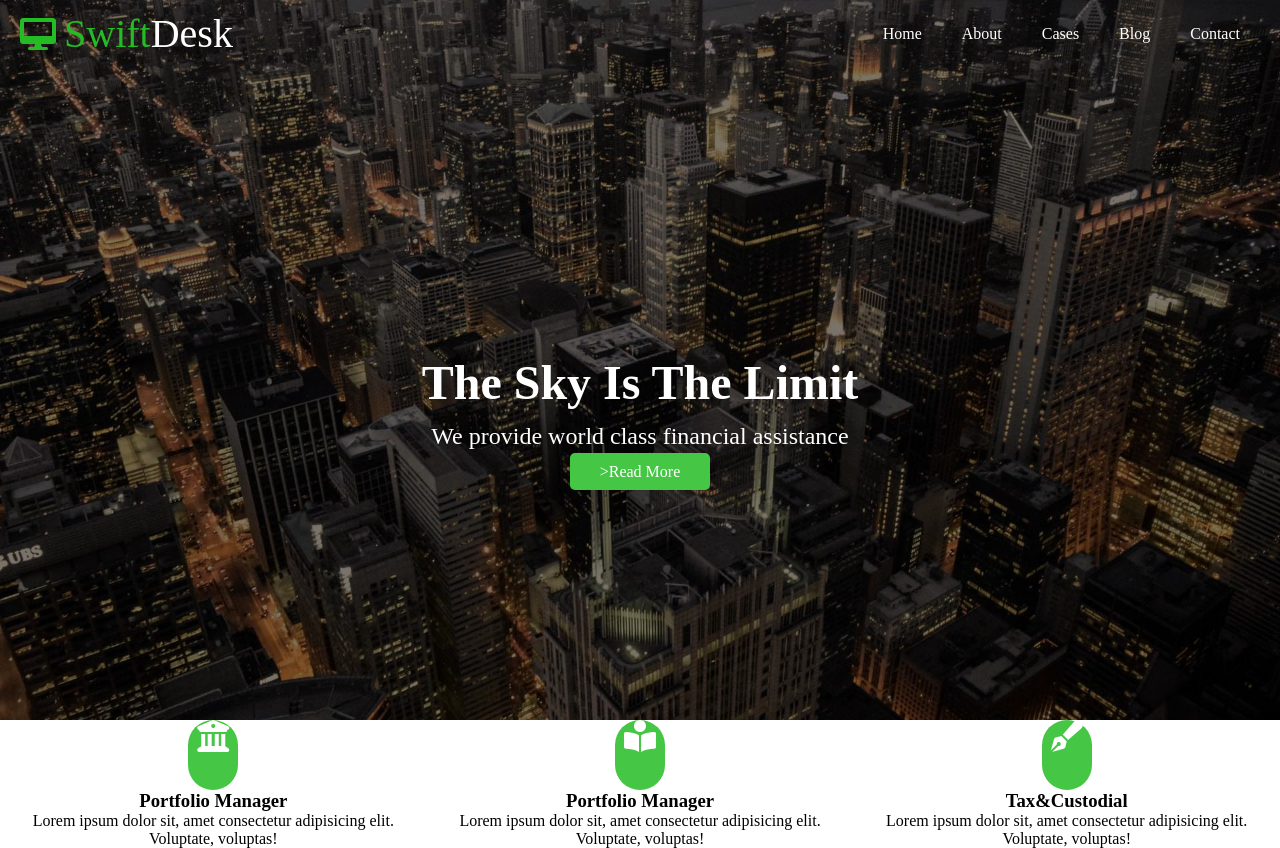
Repository: reemoon-ctrl/swiftdisk-Website-Flexbox
Page: index.html
An editor plug-in stored every save of this project. The page is shown before and after a run of saves, followed by the edit.
The browser window is 1280 px wide. The pictures show the whole page.

Above is the page before, as saved 2024-07-26 22:13:22.

### index.html
<!DOCTYPE html>
<html lang="en">
<head>
    <meta charset="UTF-8">
    <meta name="viewport" content="width=device-width, initial-scale=1.0">
    <title>
        Swift Desk
    </title>
    <link rel="stylesheet" href="https://cdnjs.cloudflare.com/ajax/libs/font-awesome/6.0.0-beta3/css/all.min.css">

    <link rel="stylesheet" href="index.css">
</head>
<body>
    <div class="show-case">
        <header>
            <div class="nav-bar">
                <div class="title-bar">
                    <i class="fas fa-desktop fa-2x" style="color: rgb(37, 187, 37)"></i>
                    <h1 class="title"><span class="fword"> Swift</span>Desk</h1>
                </div>
                <div class="link-bar">
                    <a href="">Home</a>
                    <a href="">About</a>
                    <a href="">Cases</a>
                    <a href="">Blog</a>
                    <a href="">Contact</a>
                </div>
            </div>
        </header>
        <header class="hd-content">
            <h1>The Sky Is The Limit</h1>
            <p>We provide world class financial assistance
            </p>
            <a href="">>Read More</a>

        </header>

    </div>
    <main>
        <div class="about-section">
            <ul class="about-srvice" >
                <li><i class="fas fa-university fa-2x" ></i>
                    <h3>Portfolio Manager</h3>
                    <p>Lorem ipsum dolor sit, amet consectetur adipisicing elit. Voluptate, voluptas!</p>
                </li>
                <li><i class="fas fa-book-open-reader fa-2x" ></i>
                    <h3>Portfolio Manager</h3>
                    <p>Lorem ipsum dolor sit, amet consectetur adipisicing elit. Voluptate, voluptas!</p></li>
                <li><i class="fas fa-pen-fancy fa-2x" ></i>
                    <h3>Tax&Custodial</h3>
                    <p>Lorem ipsum dolor sit, amet consectetur adipisicing elit. Voluptate, voluptas!</p></li>
            </ul>
        </div>

    </main>


</body>
</html>

### index.css
*{
    box-sizing: border-box;
    margin: 0;
    padding: 0;
}
body{

}
.nav-bar{
    display: flex;
    justify-content:space-between ;
    padding: 10px 20px;
    color:#fff;




}
.title-bar{
    align-items: center;
    flex-grow: 1;
    display: flex;
    gap:.5rem;


}
.title-bar h1{
    display:inline-block;
    font-size:2.5rem;
    font-weight: 400;
}

.link-bar{

    /* flex-grow:1 ; */
    align-self: center;
    display: flex;
}
.link-bar a{
    padding: 10px 20px;
    color:#fff;
    text-decoration: none;


}
.link-bar a:hover{
    border-bottom: 1px #25bb25 solid;
}
.fword{
    color:#25bb25;
}
.show-case{
   height:100vh;
   text-align: center;
   color:#fff;

   background:  url('img/home/showcase.jpg') no-repeat center center/cover ;
}
.hd-content{
    padding-top: 18rem;
}
.hd-content h1{
    font-size: 3rem;
}
.hd-content p{
    font-size: 1.5rem;
    padding-top: .8rem;
    padding-bottom: .8rem;
}
.hd-content a{
    color: #fff;
    background:rgb(69, 199, 69) ;
    padding: 10px 30px;
    border-radius: 5px;
    text-decoration: none;
    text-align: center;
}
.about-section ul{
    display: flex;
    list-style: none;

}
.about-srvice li{
    text-align: center;
}
.about-srvice li i{
    background-color: rgb(69, 199, 69);
    color:#fff;
    width:50px;
    height: 70px;
    border-radius: 50px;
    text-align: center;

}

After the next 2 saves:
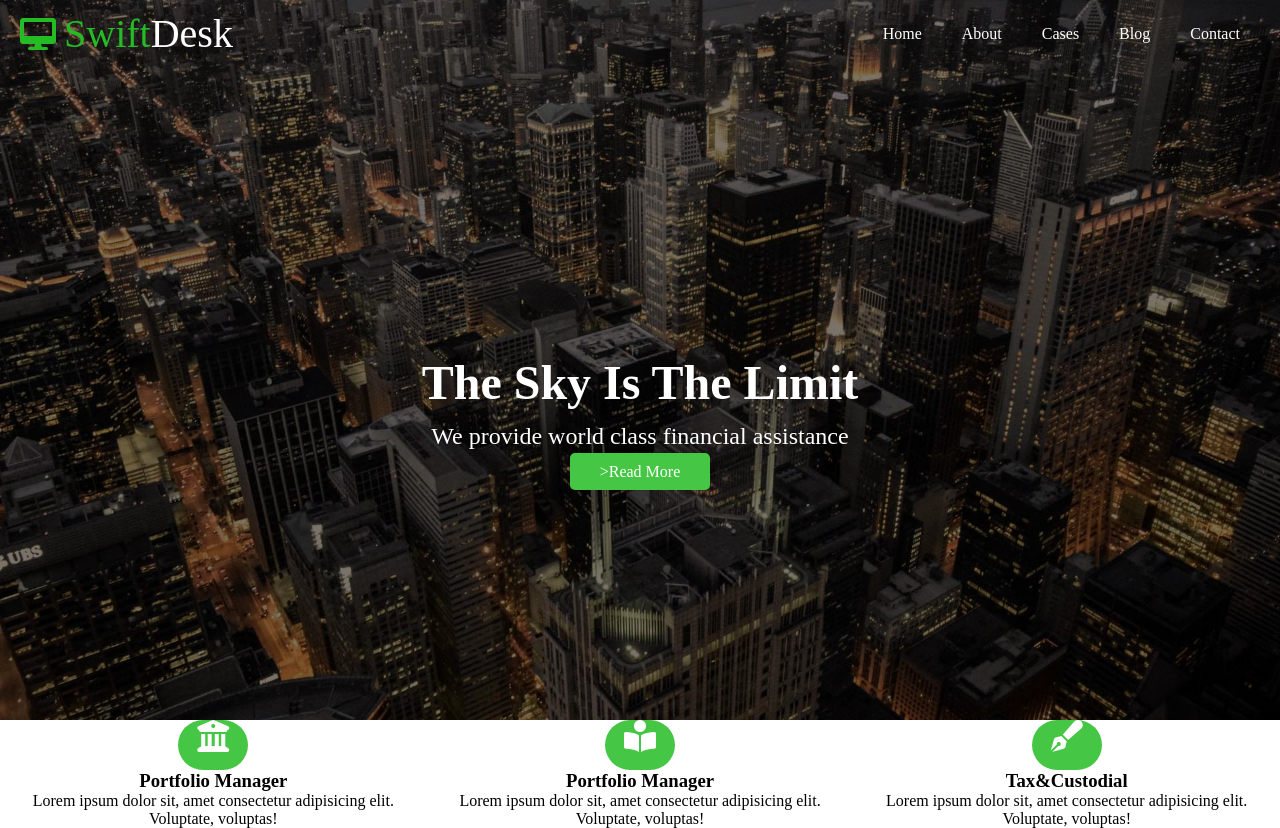
The 2 saves are shown as one change because they came seconds apart.
The last was saved 13 s later.
--- a/index.css
+++ b/index.css
@@ -86,8 +86,8 @@ body{
 .about-srvice li i{
     background-color: rgb(69, 199, 69);
     color:#fff;
-    width:50px;
-    height: 70px;
+    width:70px;
+    height: 50px;
     border-radius: 50px;
     text-align: center;
 
